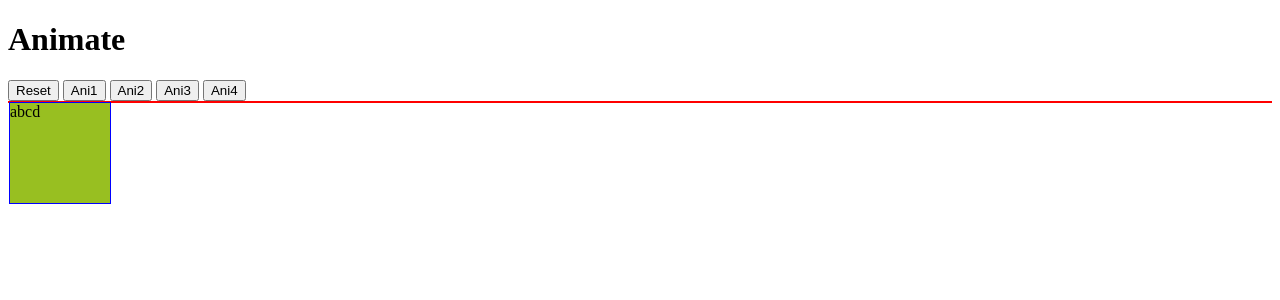
Repository: chaejunho689/bitcamp
Page: jQuery/src/main/webapp/05_jQueryAnimation/exam05.html
An editor plug-in stored every save of this project. The page is shown before and after a run of saves, followed by the edit.
The browser window is 1280 px wide. The pictures show the whole page.

Above is the page before, as saved 2024-08-26 02:39:40.

After the next 2 saves:
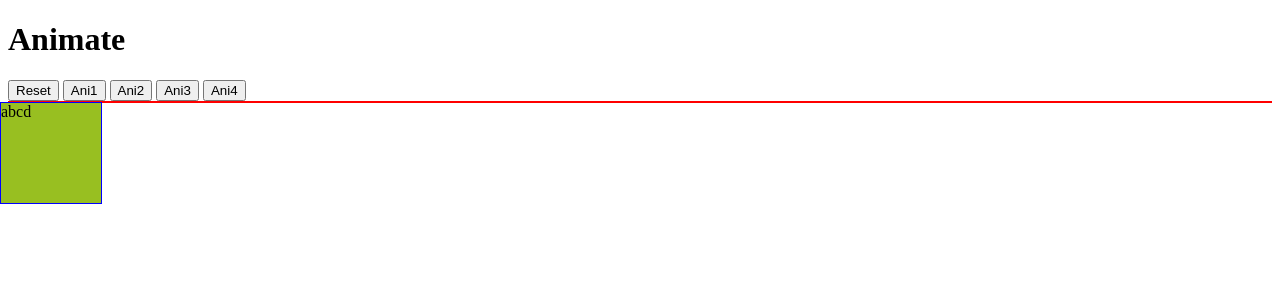
The 2 saves are shown as one change because they came seconds apart.
The last was saved 2 min 44 s later.
--- a/jQuery/src/main/webapp/05_jQueryAnimation/exam05.html
+++ b/jQuery/src/main/webapp/05_jQueryAnimation/exam05.html
@@ -10,7 +10,7 @@
 		height: 100px;
 		width: 100px;
 		position: absolute;
-		left 0;
+		left : 0px;
 	}
 </style>
 </head>
